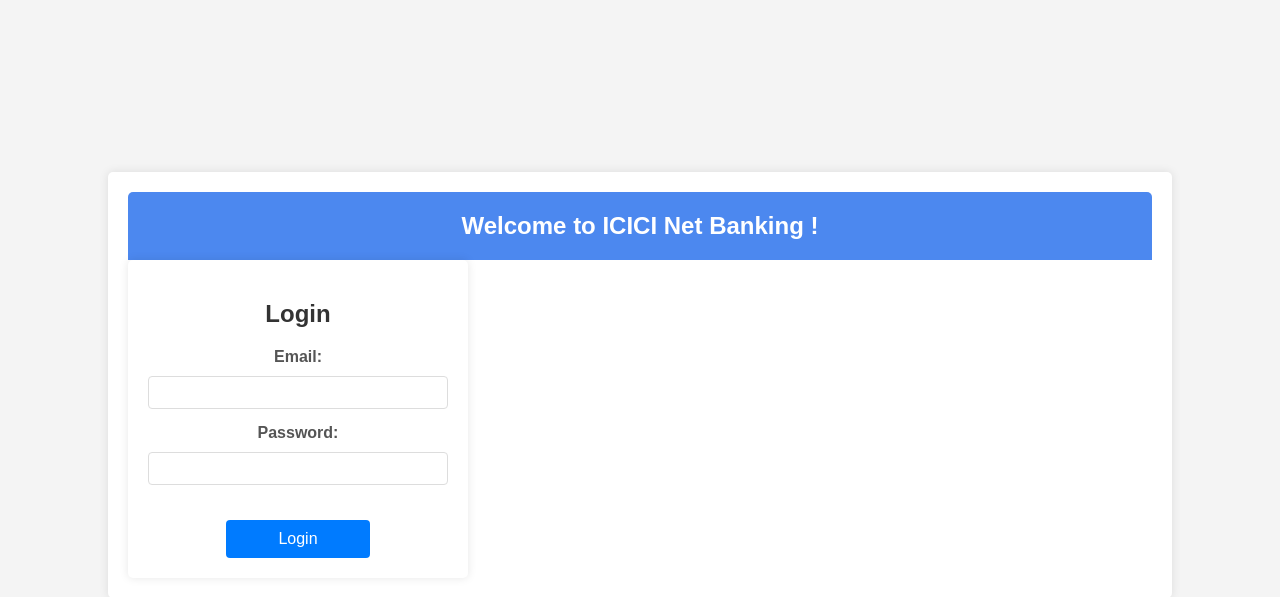
Repository: vinayakGarudi2002/swabhavTrainingProjects
Page: http://localhost/01_banking_application/login.jsp
These files come from the project's save history. The page is drawn as it stood at one moment and after the next save; the edit follows.
The browser window is 1280 px wide. The pictures show the whole page.
The page is served by Tomcat 9.

Above is the page before, as saved 2024-08-12 13:46:29.

After the next save:
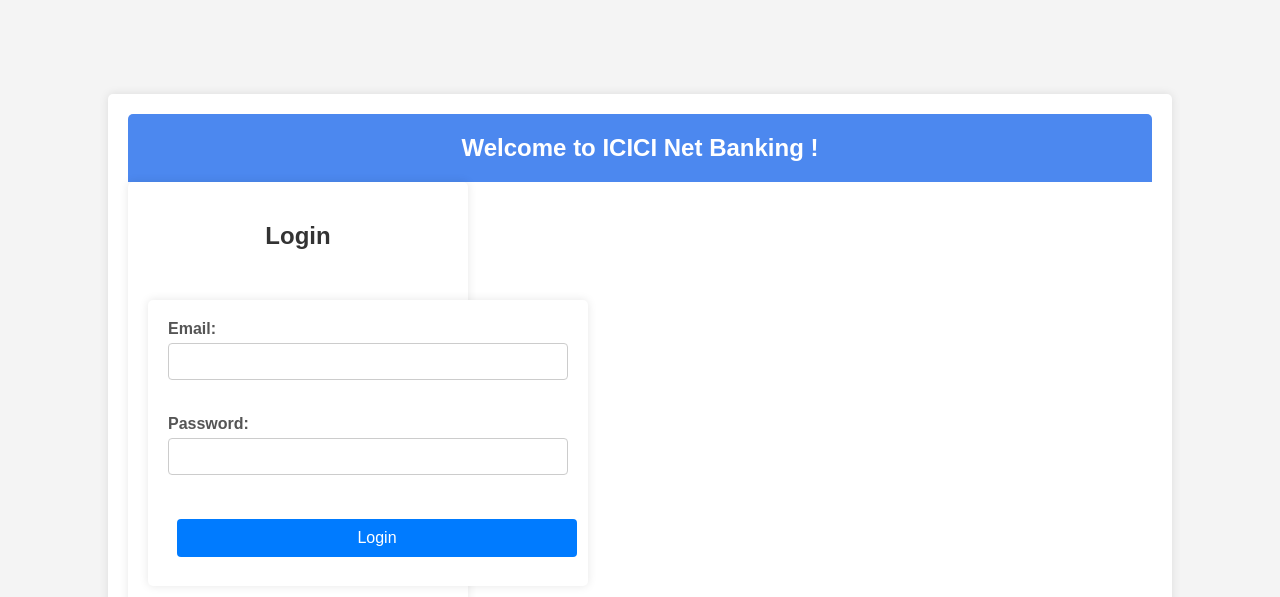
Saved 65 s later.
--- a/01_banking_application/WebContent/login.jsp
+++ b/01_banking_application/WebContent/login.jsp
@@ -22,7 +22,7 @@
         </div>
     <div class="login-container">
         <h2>Login</h2>
-        <form action="LoginServlet" method="post">
+        <form class="form-container" action="LoginServlet" method="post">
             <div class="form-group">
                 <label for="email">Email:</label>
                 <input type="email" id="email" name="email" required>
